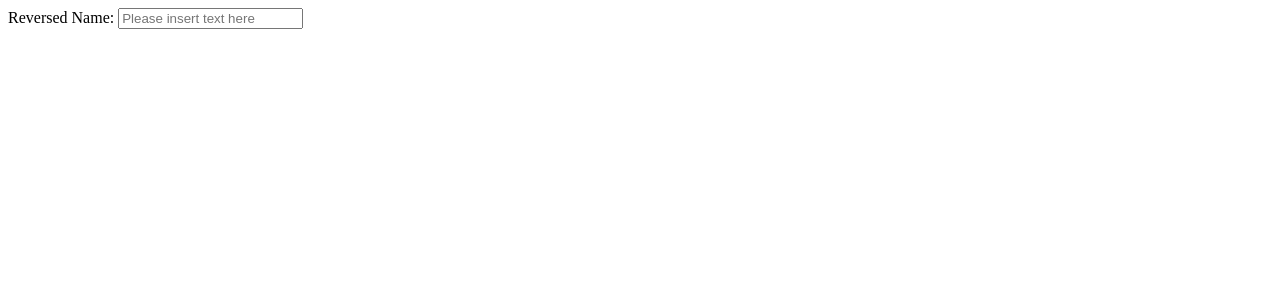
Repository: Micheal11/ReverseStringAssignment
Page: src/MyWidget/widget/template/MyWidget.html
These files come from the project's save history. The page is drawn as it stood at one moment and after the next save; the edit follows.
The browser window is 1280 px wide. The pictures show the whole page.

Above is the page before, as saved 2017-07-18 15:48:10.

### src/MyWidget/widget/template/MyWidget.html
<div class="widgetname">
    <form>
        <div class = form group>
           Reversed Name: <input type = "text" class="form-control" placeholder="Please insert text here" data-dojo-attach-point="textToReverse">
       </div>
    </form>
    <div class="widgetname-reverseText" data-dojo-attach-point="reverseText" />
</div>

After the next save:
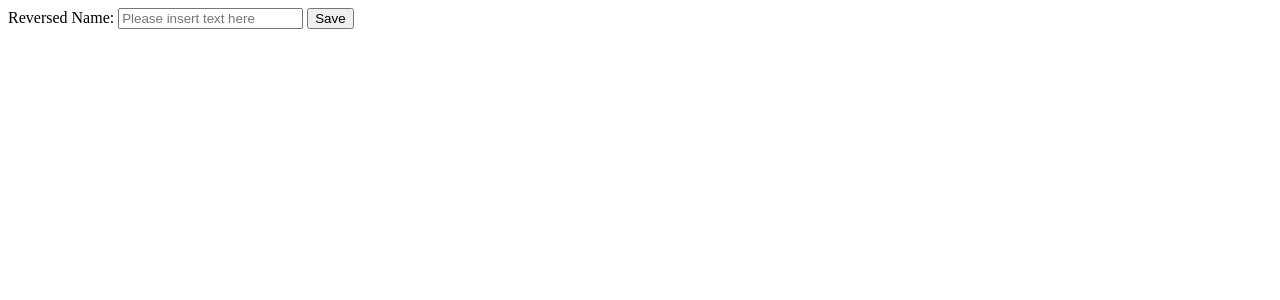
Saved 60 min 44 s later.
--- a/src/MyWidget/widget/template/MyWidget.html
+++ b/src/MyWidget/widget/template/MyWidget.html
@@ -1,7 +1,8 @@
 <div class="widgetname">
     <form>
         <div class = form group>
-           Reversed Name: <input type = "text" class="form-control" placeholder="Please insert text here" data-dojo-attach-point="textToReverse">
+           Reversed Name: <input type = "text" class="form-control" placeholder="Please insert text here" data-dojo-attach-point="textToReverse"></b>
+           <button type="button" data-dojo-attach-event = "onClick: save">Save</button>
        </div>
     </form>
     <div class="widgetname-reverseText" data-dojo-attach-point="reverseText" />
